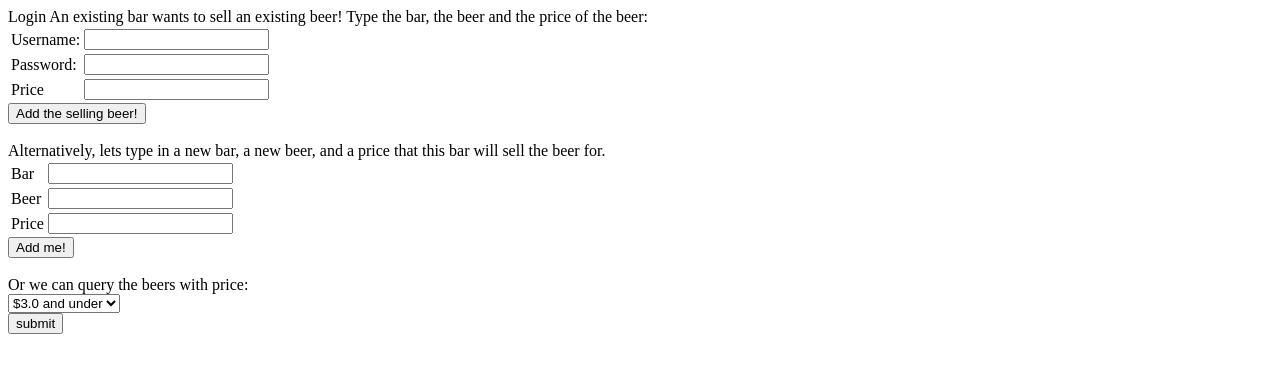
Repository: JephteyAdolphe/auction-system
Page: http://localhost/project/
The author's editor kept a copy of each file at every save. The page is drawn from the files as they stood at one save, then again after the next save.
The browser window is 1280 px wide. The pictures show the whole page.
The page is served by Tomcat 10. Other server files are loaded and not shown.

Above is the page before, as saved 2021-03-15 15:52:31.

### project/WebContent/HelloWorld.jsp
<%@ page language="java" contentType="text/html; charset=ISO-8859-1"
    pageEncoding="ISO-8859-1" import="com.cs336.pkg.*"%>
<%@ page import="java.io.*,java.util.*,java.sql.*"%>
<%@ page import="javax.servlet.http.*,javax.servlet.*" %>


<!DOCTYPE html PUBLIC "-//W3C//DTD HTML 4.01 Transitional//EN" "http://www.w3.org/TR/html4/loose.dtd">
<html>
	<head>
		<meta http-equiv="Content-Type" content="text/html; charset=ISO-8859-1">
		<title>Login</title>
	</head>

	<body>

		Login <!-- the usual HTML way -->

	An existing bar wants to sell an existing beer! Type the bar, the beer and the price of the beer:
	<br>
		<form method="get" action="sellsNewBeer.jsp">
			<table>
				<tr>
					<td>Username:</td><td><input type="text" name="barvalia"></td>
				</tr>
				<tr>
					<td>Password:</td><td><input type="text" name="beer"></td>
				</tr>
				<tr>
					<td>Price</td><td><input type="text" name="price"></td>
				</tr>
			</table>
			<input type="submit" value="Add the selling beer!">
		</form>
	<br>


	Alternatively, lets type in a new bar, a new beer, and a price that this bar will sell the beer for.
	<br>
		<form method="post" action="newBarBeerPrice.jsp">
		<table>
		<tr>
		<td>Bar</td><td><input type="text" name="bar"></td>
		</tr>
		<tr>
		<td>Beer</td><td><input type="text" name="beer"></td>
		</tr>
		<tr>
		<td>Price</td><td><input type="text" name="price"></td>
		</tr>
		</table>
		<input type="submit" value="Add me!">
		</form>
	<br>

	Or we can query the beers with price:
	<br>
		<form method="get" action="query.jsp">
			<select name="price" size=1>
				<option value="3.0">$3.0 and under</option>
				<option value="5.0">$5.0 and under</option>
				<option value="8.0">$8.0 and under</option>
			</select>&nbsp;<br> <input type="submit" value="submit">
		</form>
	<br>

</body>
</html>

After the next save:
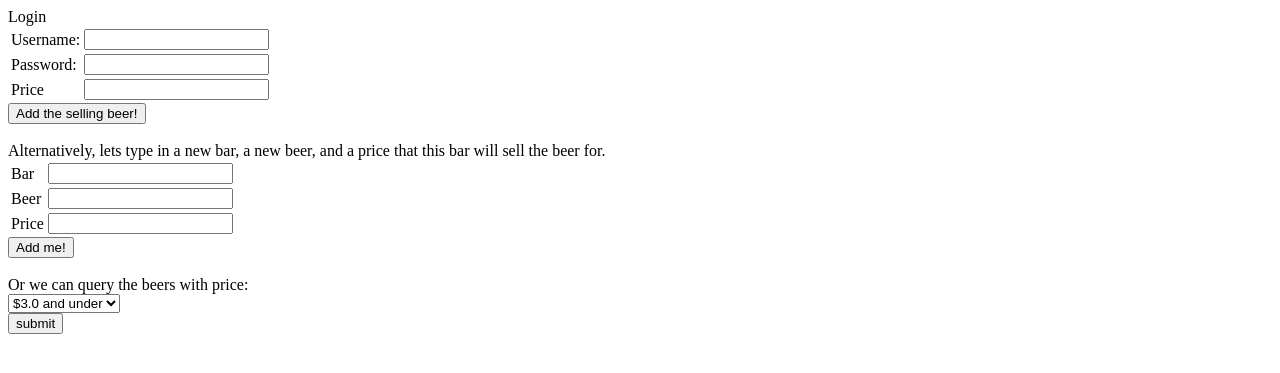
Saved 29 s later.
--- a/project/WebContent/HelloWorld.jsp
+++ b/project/WebContent/HelloWorld.jsp
@@ -8,14 +8,13 @@
 <html>
 	<head>
 		<meta http-equiv="Content-Type" content="text/html; charset=ISO-8859-1">
-		<title>Login</title>
+		<title>BuyMe</title>
 	</head>
 
 	<body>
 
 		Login <!-- the usual HTML way -->
 
-	An existing bar wants to sell an existing beer! Type the bar, the beer and the price of the beer:
 	<br>
 		<form method="get" action="sellsNewBeer.jsp">
 			<table>
